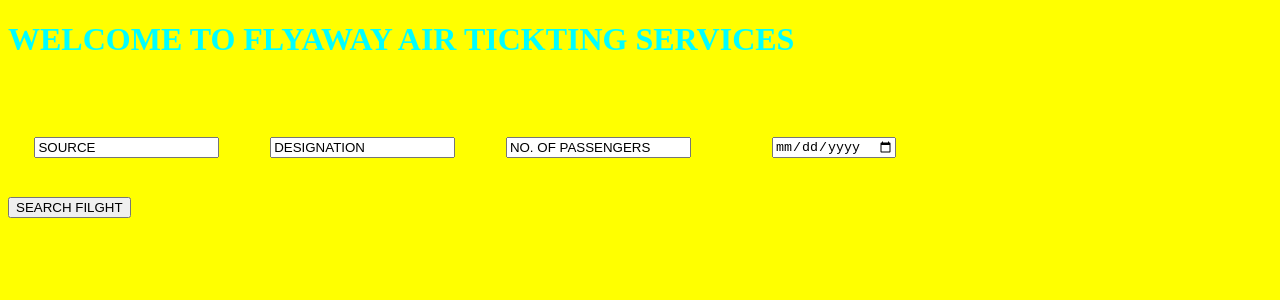
Repository: jha6435/backendcode
Page: demo1forDelete/src/main/webapp/home.html
The author's editor kept a copy of each file at every save. The page is drawn from the files as they stood at one save, then again after the next save.
The browser window is 1280 px wide. The pictures show the whole page.

Above is the page before, as saved 2022-12-20 03:56:24.

After the next save:
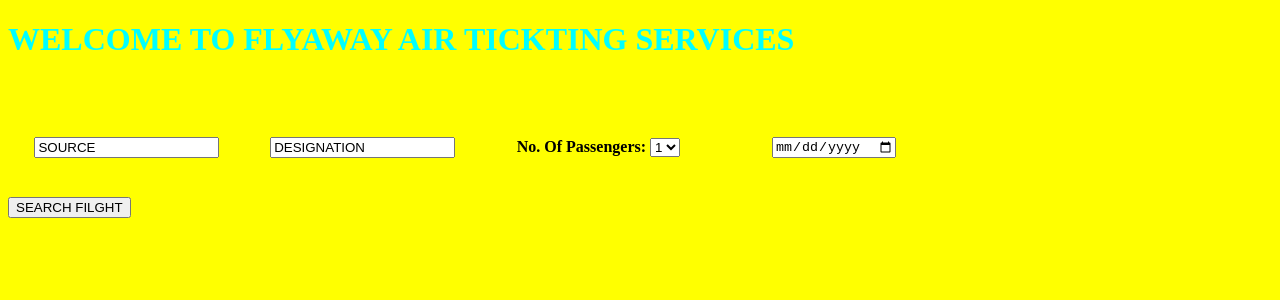
Saved 5 min 48 s later.
--- a/demo1forDelete/src/main/webapp/home.html
+++ b/demo1forDelete/src/main/webapp/home.html
@@ -13,7 +13,15 @@
     <tr>
       <th style="width: 20%;"><input type="text" name="scode" value="SOURCE"></th>
       <th style="width: 20%;"><input type="text" name="dsgn" value="DESIGNATION"></th>
-      <th style="width: 20%;"><input type="text" name="nopass" value="NO. OF PASSENGERS"></th>
+      <th style="width: 20%;">No. Of Passengers:
+      <select>
+      <option>1</option>
+      <option>2</option>
+      <option>3</option>
+      <option>4</option>
+      <option>5</option>
+      <option>6</option>
+      </select></th>
       <th style="width: 20%;"><input type="date"></th>
 
   </table>
